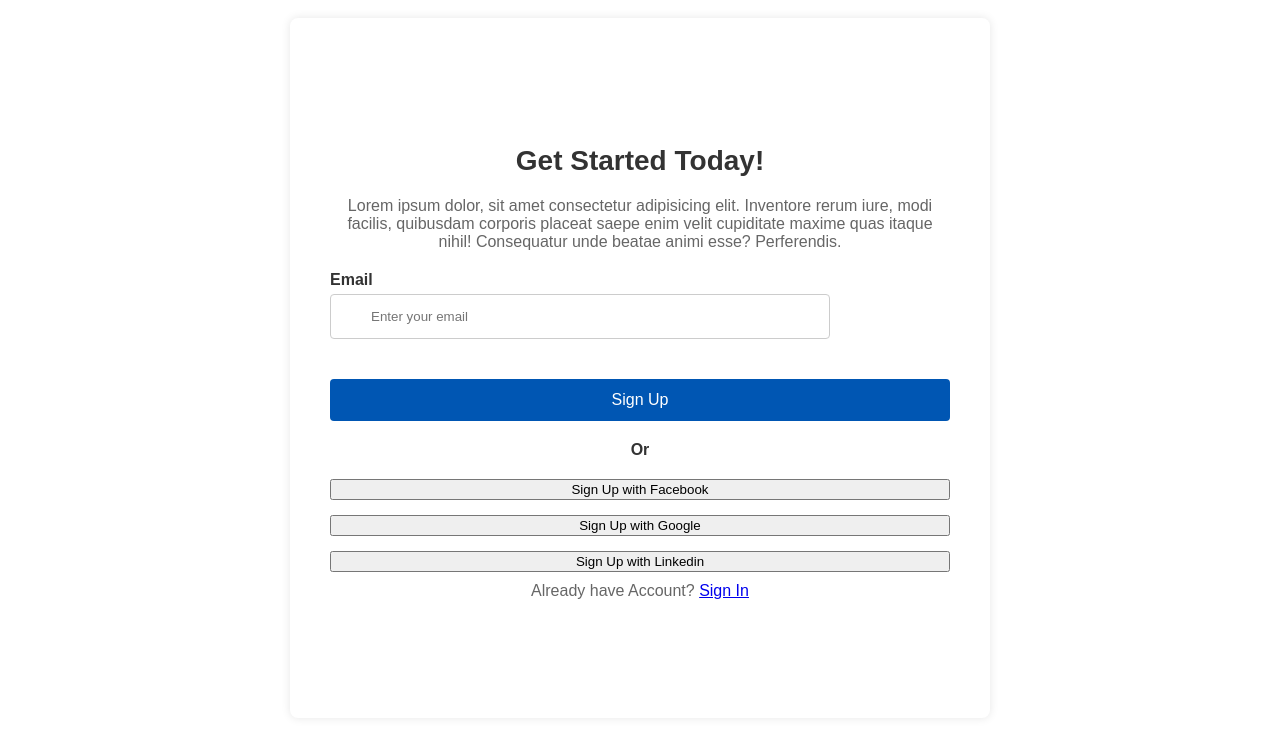
Repository: Femi007-gh/LOGIN-INTERFACE
Page: index.html
An editor plug-in stored every save of this project. The page is shown before and after the next save, followed by the edit.
The browser window is 1280 px wide. The pictures show the whole page.

Above is the page before, as saved 2025-01-20 21:17:06.

After the next save:
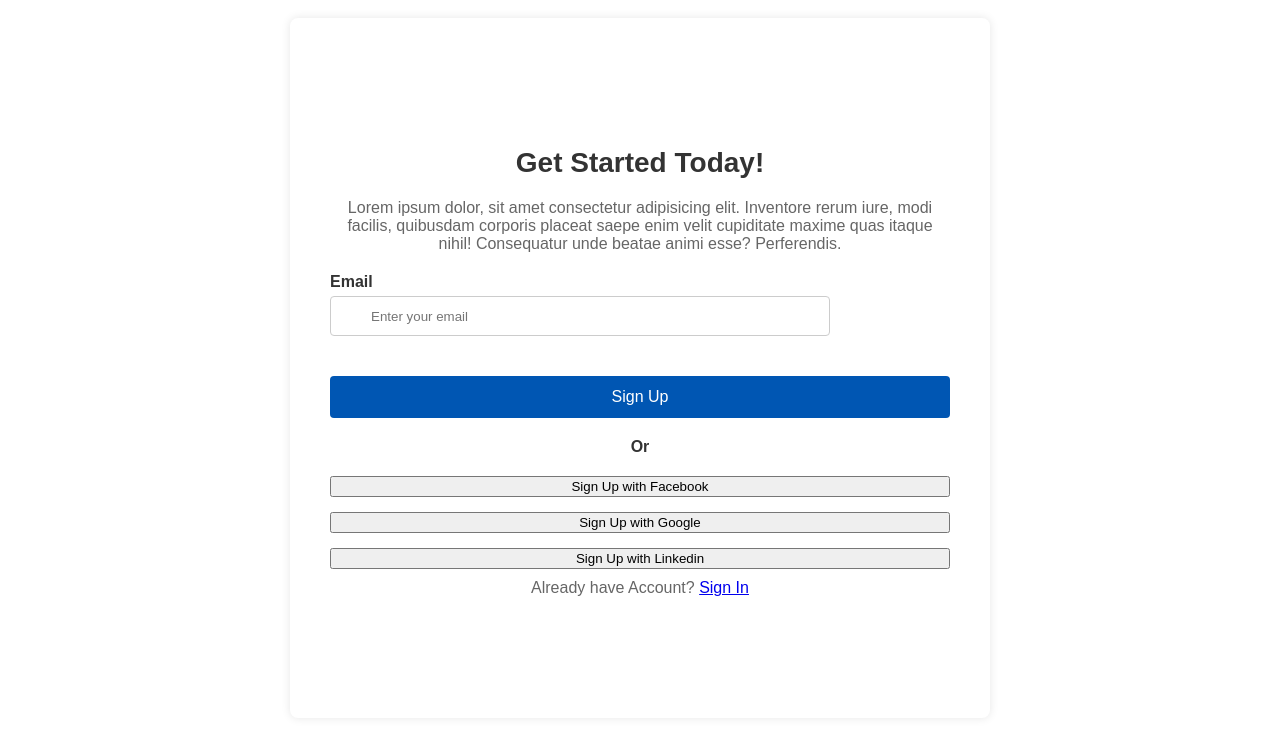
Saved 5 s later.
--- a/style.css
+++ b/style.css
@@ -55,7 +55,7 @@ p {
 
 input[type="email"], input[type="text"] {
   width: 500px;
-  height: 45px;
+  height: 40px;
   border: 1px solid #ccc;
   border-radius: 4px;
   margin-bottom: 20px;
